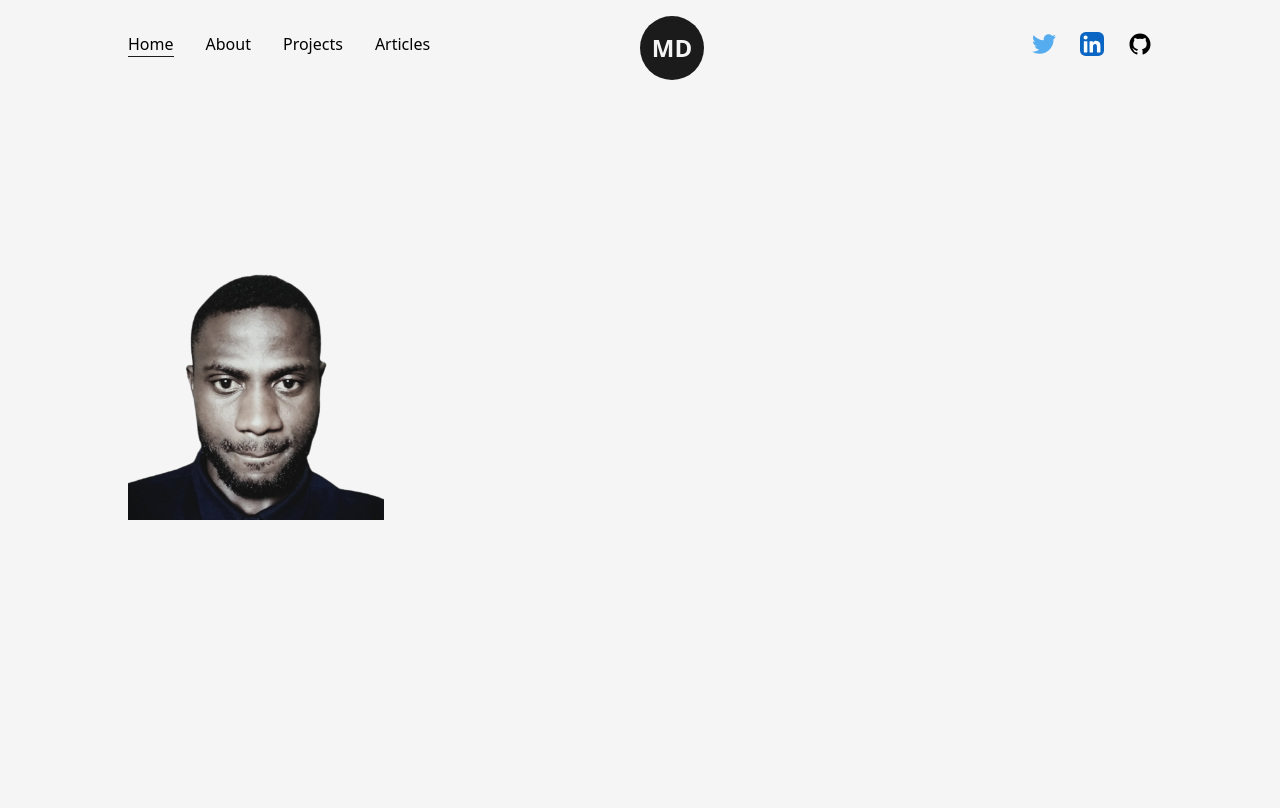
Repository: marcusdashe/situs
Page: /
The author's editor kept a copy of each file at every save. The page is drawn from the files as they stood at one save, then again after the next save.
The browser window is 1280 px wide. The pictures show the whole page.
The project was rebuilt for these pictures with package versions that can differ from the ones it lists, and the page was loaded fresh each time. The framework's server and built-in components were replaced by stand-ins that run in the browser.

Above is the page before, as saved 2023-06-15 17:22:34.

### src/pages/_app.js
import Navbar from "@/components/Navbar";
import "@/styles/globals.css";
import Head from "next/head";
// import { IBM_Plex_Sans } from "next/font/google";

// const ibm = IBM_Plex_Sans({
//   subsets: ["latin"],
//   variable: "--font-mont",
// });

export default function App({ Component, pageProps }) {
  return (
    <>
      <Head>
        <meta name="viewport" content="width=device-width, initial-scale=1" />
        <link rel="icon" href="/favicon.ico" />
      </Head>
      <main className={`  bg-light w-full min-h-screen`}>
        <Navbar />
        <Component {...pageProps} />
      </main>
    </>
  );
}

### src/pages/index.js
import Head from "next/head";
import Image from "next/image";
import { Inter } from "next/font/google";
import Layout from "@/components/Layout";
import profilePic from "../../public/images/profile/developer-pic-4.png";

const inter = Inter({ subsets: ["latin"] });

export default function Home() {
  return (
    <>
      <Head>
        <title>Marcus Dashe | Portfolio</title>
        <meta name="description" content="Generated by create next app" />
      </Head>
      <main className="flex items-center text-dark w-full min-h-screen">
        <Layout className="pt-0">
          <div className=" w-full flex items-center justify-between">
            <div className="w-1/4">
              <Image
                src={profilePic}
                alt="Marcus Dashe"
                className="w-full h-auto"
              />
            </div>
          </div>
        </Layout>
      </main>
    </>
  );
}

### src/components/Navbar.jsx
import React from "react";
import { useRouter } from "next/router";
import Link from "next/link";
import Logo from "./Logo";
import { TwitterIcon, GithubIcon, LinkedInIcon } from "./Icons";
import { motion } from "framer-motion";

const CustomLink = ({ href, title, className = "" }) => {
  const router = useRouter();

  return (
    <Link href={href} className={`${className} relative group`}>
      {title}
      <span
        className={`h-[1px] inline-block bg-dark absolute left-0 -bottom-0.5 group-hover:w-full transition-[width] ease duration-300 ${
          router.asPath === href ? "w-full" : "w-0"
        }`}
      >
        &nbsp;
      </span>
    </Link>
  );
};

const Navbar = () => {
  return (
    <header
      className="w-full px-32 py-8 font-medium
            flex items-center justify-between"
    >
      <nav>
        <CustomLink href="/" title="Home" className="mr-4" />
        <CustomLink href="/about" title="About" className="mx-4" />
        <CustomLink href="/projects" title="Projects" className="mx-4" />
        <CustomLink href="/articles" title="Articles" className="ml-4" />
      </nav>

      <nav className="flex items-center justify-center flex-wrap">
        <motion.a
          href="https://www.twitter.com/marcusdashe"
          target={"_blank"}
          whileHover={{
            y: -2,
          }}
          whileTap={{ scale: 0.9 }}
          className="w-6 mx-3"
        >
          <TwitterIcon className="" />
        </motion.a>
        <motion.a
          href="https://www.linkedin.com/in/marcus-dashe-15a088202"
          target={"_blank"}
          whileHover={{
            y: -2,
          }}
          whileTap={{ scale: 0.9 }}
          className="w-6 mx-3"
        >
          <LinkedInIcon />
        </motion.a>
        <motion.a
          href="https://www.github.com/marcusdashe"
          target={"_blank"}
          whileHover={{
            y: -2,
          }}
          whileTap={{ scale: 0.9 }}
          className="w-6 ml-3"
        >
          <GithubIcon />
        </motion.a>
      </nav>
      <div className="absolute left-[50%] top-2 translate-x-[-50]">
        <Logo />
      </div>
    </header>
  );
};

export default Navbar;

### src/styles/globals.css
@import url("https://fonts.googleapis.com/css2?family=IBM+Plex+Sans:ital,wght@0,100;0,200;0,300;1,100;1,200&family=Inter:wght@300;400;500;600;700;800;900&display=swap");

@tailwind base;
@tailwind components;
@tailwind utilities;

### src/components/Layout.jsx
import React from "react";

const Layout = ({ children, className = "" }) => {
  return (
    <div className={`${className} w-full inline-block z-0 bg-light p-32  `}>
      {children}
    </div>
  );
};

export default Layout;

### src/components/Logo.jsx
"use client";

import React from "react";
import Link from "next/link";
import { motion } from "framer-motion";

const MotionLink = motion(Link);

const Logo = () => {
  return (
    <div className="flex items-center justify-center mt-2">
      <MotionLink
        href="/"
        className="w-16 h-16 bg-dark text-light flex items-center
        justify-center rounded-full text-2xl font-bold hover
      "
        whileHover={{
          scale: 1.5,
          backgroundColor: [
            "#121212",
            "rgba(131,58,180,1)",
            "rgba(253,29,29,1)",
            "rgba(252,176,69,1)",
            "rgba(131,58,180,1)",
            "#121212",
          ],
          transition: {
            duration: 1,
            repeat: Infinity,
          },
        }}
      >
        MD
      </MotionLink>
    </div>
  );
};

export default Logo;

Loaded but not shown: tailwind.config.js (27 lines, source omitted); src/components/Icons.jsx (463 lines, source omitted)

After the next save:
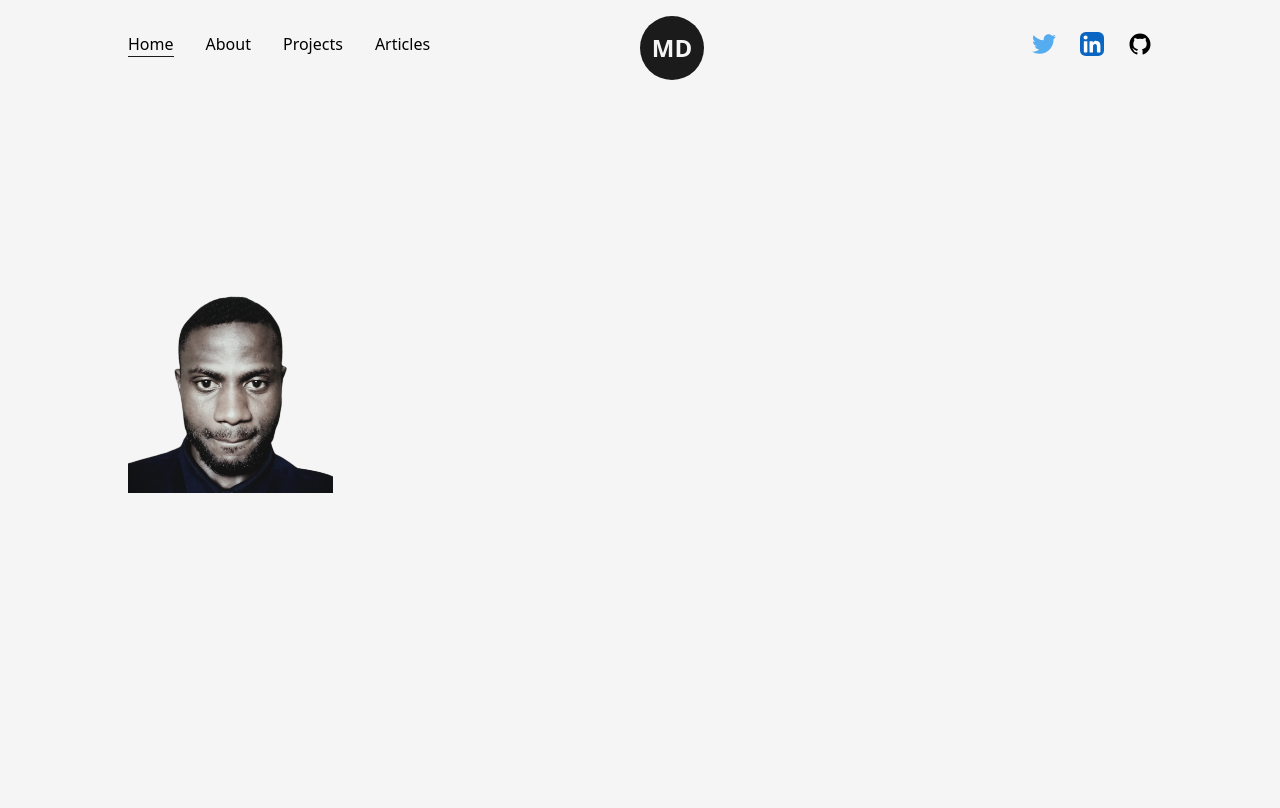
Saved 4 s later.
--- a/src/pages/index.js
+++ b/src/pages/index.js
@@ -16,7 +16,7 @@ export default function Home() {
       <main className="flex items-center text-dark w-full min-h-screen">
         <Layout className="pt-0">
           <div className=" w-full flex items-center justify-between">
-            <div className="w-1/4">
+            <div className="w-1/5">
               <Image
                 src={profilePic}
                 alt="Marcus Dashe"
